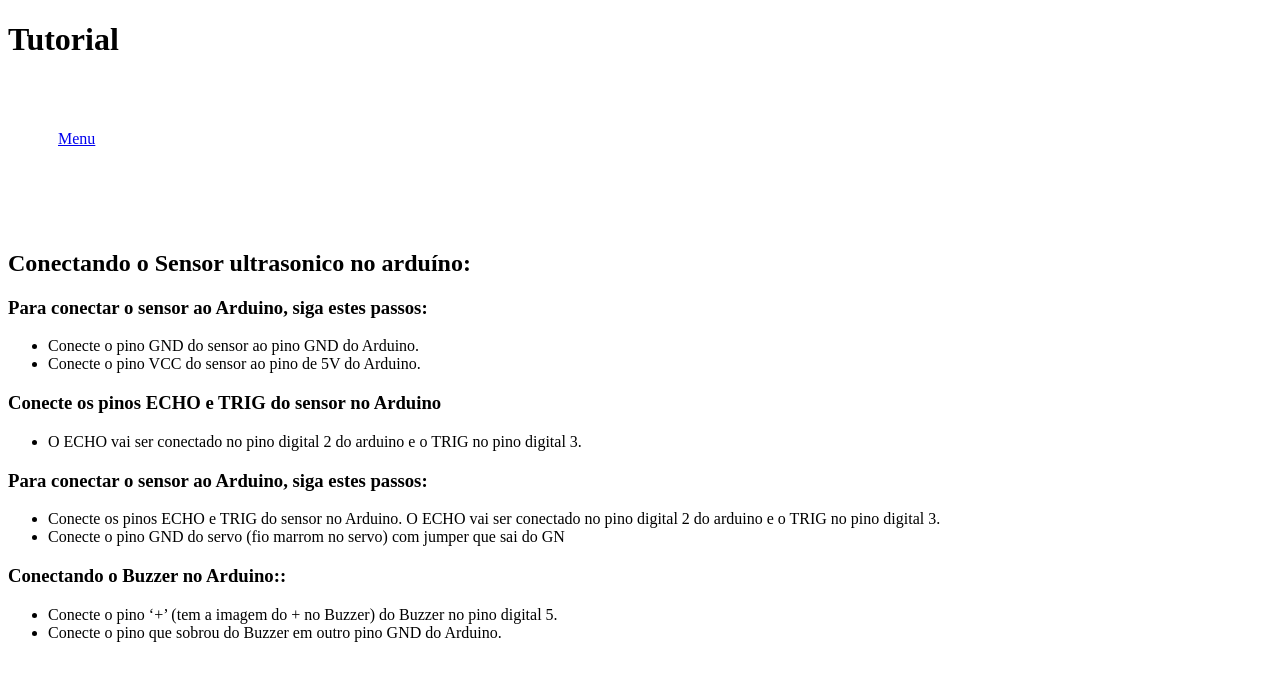
Repository: Eito2511/Site-tutorial-arduino
Page: tutorial.html
An editor plug-in stored every save of this project. The page is shown before and after the next save, followed by the edit.
The browser window is 1280 px wide. The pictures show the whole page.

Above is the page before, as saved 2025-06-03 18:28:42.

After the next save:
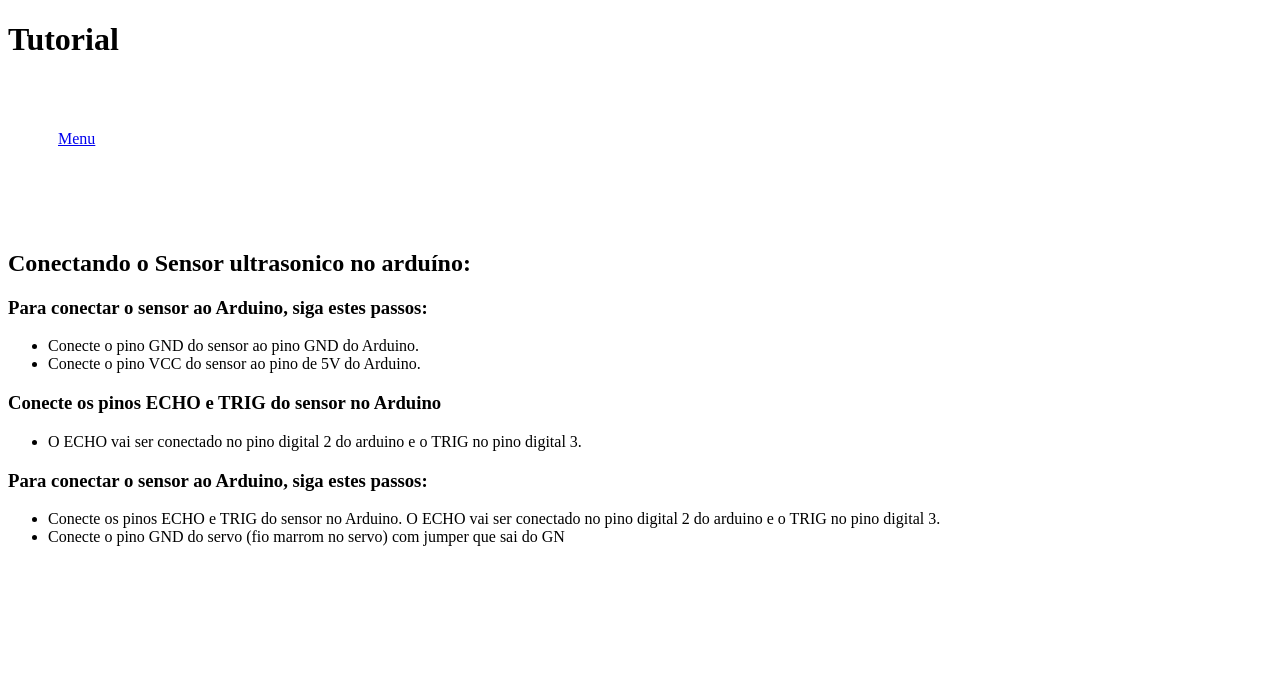
Saved 38 s later.
--- a/tutorial.html
+++ b/tutorial.html
@@ -41,17 +41,6 @@
       </ul>
     </div>
 
-    <div>
-      <h3>Conectando o Buzzer no Arduino::</h2>
-      <ul>
-        <li>
-          Conecte o pino ‘+’ (tem a imagem do + no Buzzer) do Buzzer no pino
-          digital 5.
-        </li>
-        <li>
-          Conecte o pino que sobrou do Buzzer em outro pino GND do Arduino.
-        </li>
-      </ul>
-    </div>
+
   </body>
 </html>
